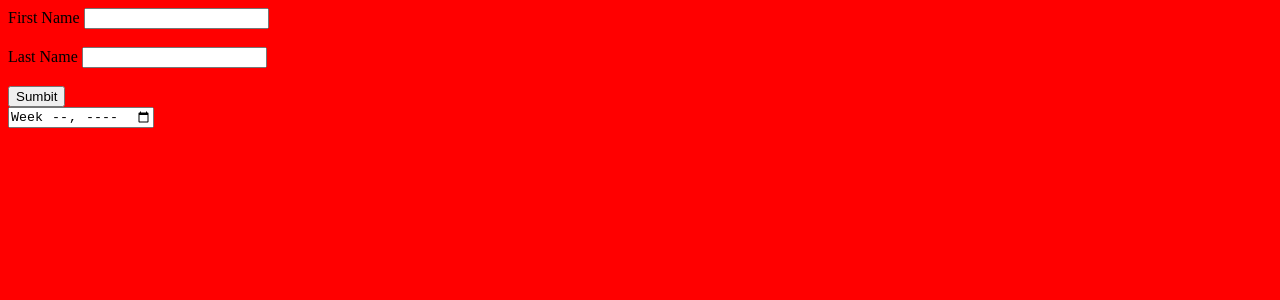
Repository: Fariaddd/codefactor-stylesheet
Page: index.html
The author's editor kept a copy of each file at every save. The page is drawn from the files as they stood at one save, then again after the next save.
The browser window is 1280 px wide. The pictures show the whole page.

Above is the page before, as saved 2021-11-17 19:04:38.

### index.html
<!DOCTYPE html>
<html lang="en">
  <head>
    <meta charset="UTF-8" />
    <meta http-equiv="X-UA-Compatible" content="IE=edge" />
    <meta name="viewport" content="width=device-width, initial-scale=1.0" />
    <title>Document</title>
    <link rel="stylesheet" href="./styles/styles.css" />
  </head>
  <body>
    <form action="/action_page.php">
      <label for="firstname">First Name</label>
      <input type="text" id="firstname" name="firstname" /><br /><br />
      <label for="lastname">Last Name</label>
      <input type="text" id="lastname" name="lastname" /><br /><br />
      <input type="submit" value="Sumbit" />
    </form>

    <div>
      <input type="week" />
    </div>
  </body>
</html>

### styles/styles.css
body {
  background-color: red;
}
h1 {
  font-size: 26px;
  color: purple;
}

p {
  font-size: 16px;
  color: royalblue;
}

After the next save:
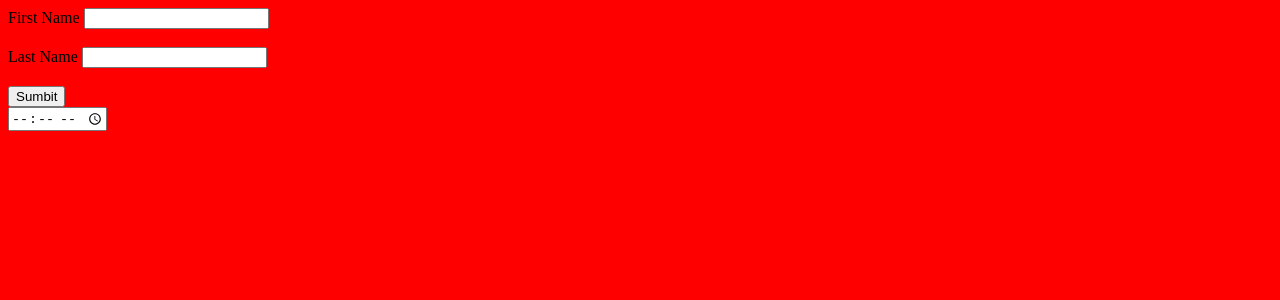
Saved 13 s later.
--- a/index.html
+++ b/index.html
@@ -17,7 +17,7 @@
     </form>
 
     <div>
-      <input type="week" />
+      <input type="time" />
     </div>
   </body>
 </html>
